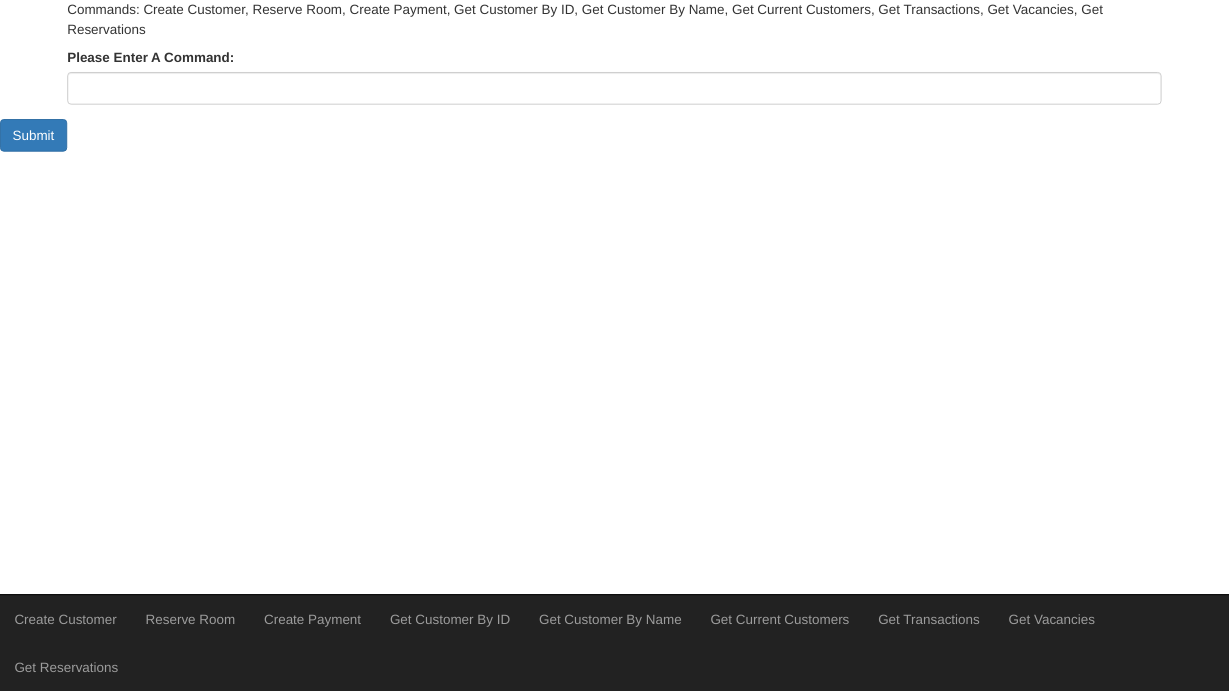
Repository: kddean/PA2
Page: Hotel Reservation System - Single Page/WebContent/HRS.html
The author's editor kept a copy of each file at every save. The page is drawn from the files as they stood at one save, then again after the next save.
The browser window is 1280 px wide. The pictures show the whole page, at 96% of full size.

Above is the page before, as saved 2016-04-08 03:34:14.

After the next save:
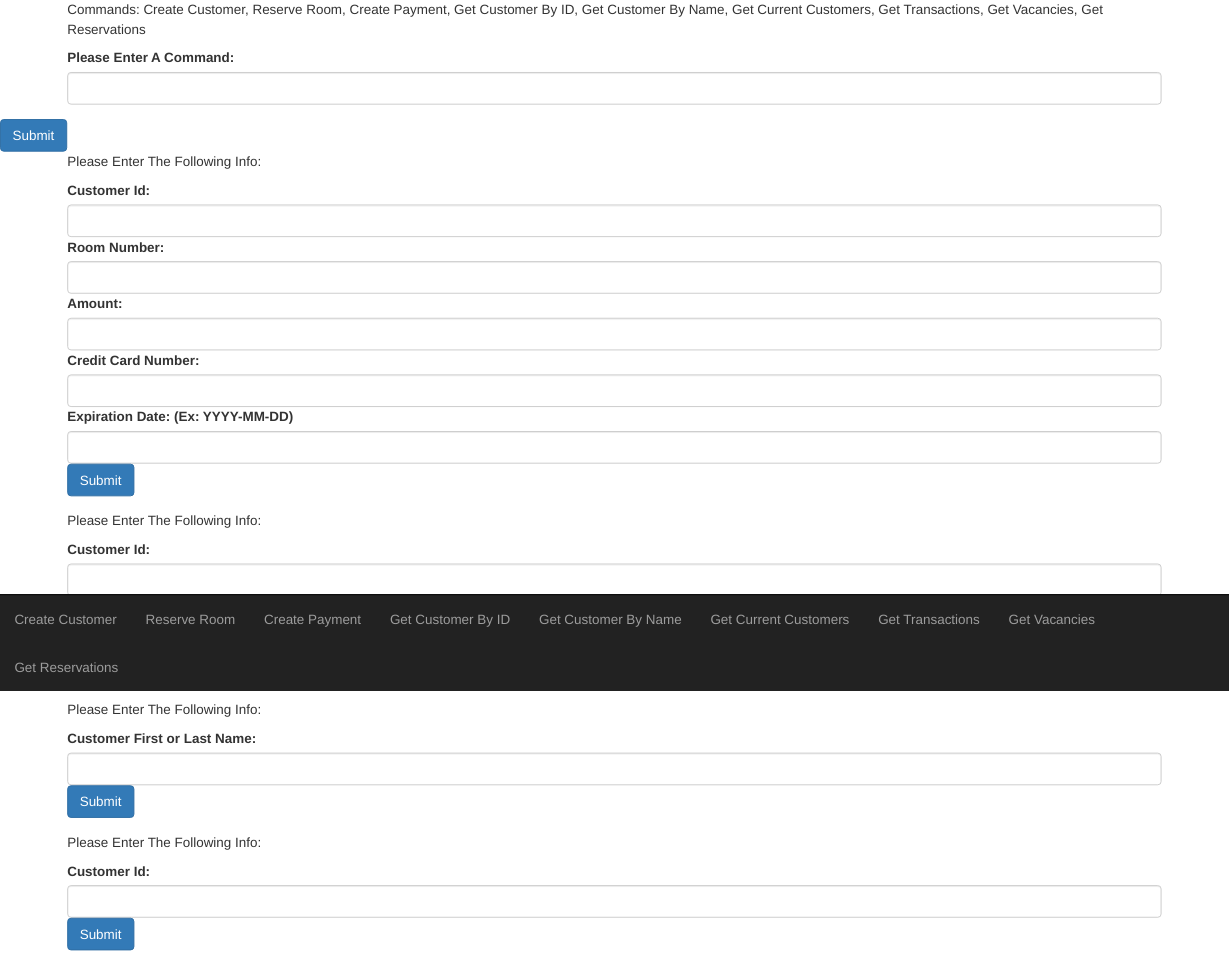
Saved 60 s later.
--- a/Hotel Reservation System - Single Page/WebContent/HRS.html
+++ b/Hotel Reservation System - Single Page/WebContent/HRS.html
@@ -71,7 +71,7 @@
 	</div>
 
 	<div class="container">
-		<form name="PayForm" id="PayForm" style="display: none;">
+		<form name="PayForm" id="PayForm" >
 			<div class="form-group">
 				<p>Please Enter The Following Info:</p>
 				<label for="cid">Customer Id:</label><input type="text"
@@ -88,7 +88,7 @@
 	</div>
 
 	<div class="container">
-		<form name="RoomForm" id="RoomForm" style="display: none;">
+		<form name="RoomForm" id="RoomForm" >
 			<div class="form-group">
 				<p>Please Enter The Following Info:</p>
 				<label for="cid">Customer Id:</label><input type="text"
@@ -100,7 +100,7 @@
 	</div>
 
 	<div class="container">
-		<form name="CForm" id="CForm" style="display: none;">
+		<form name="CForm" id="CForm" >
 			<div class="form-group">
 				<p>Please Enter The Following Info:</p>
 				<label for="cname">Customer First or Last Name:</label><input
@@ -111,7 +111,7 @@
 	</div>
 
 	<div class="container">
-		<form name="TForm" id="TForm" style="display: none;">
+		<form name="TForm" id="TForm" >
 			<div class="form-group">
 				<p>Please Enter The Following Info:</p>
 				<label for="id">Customer Id:</label><input type="text"
